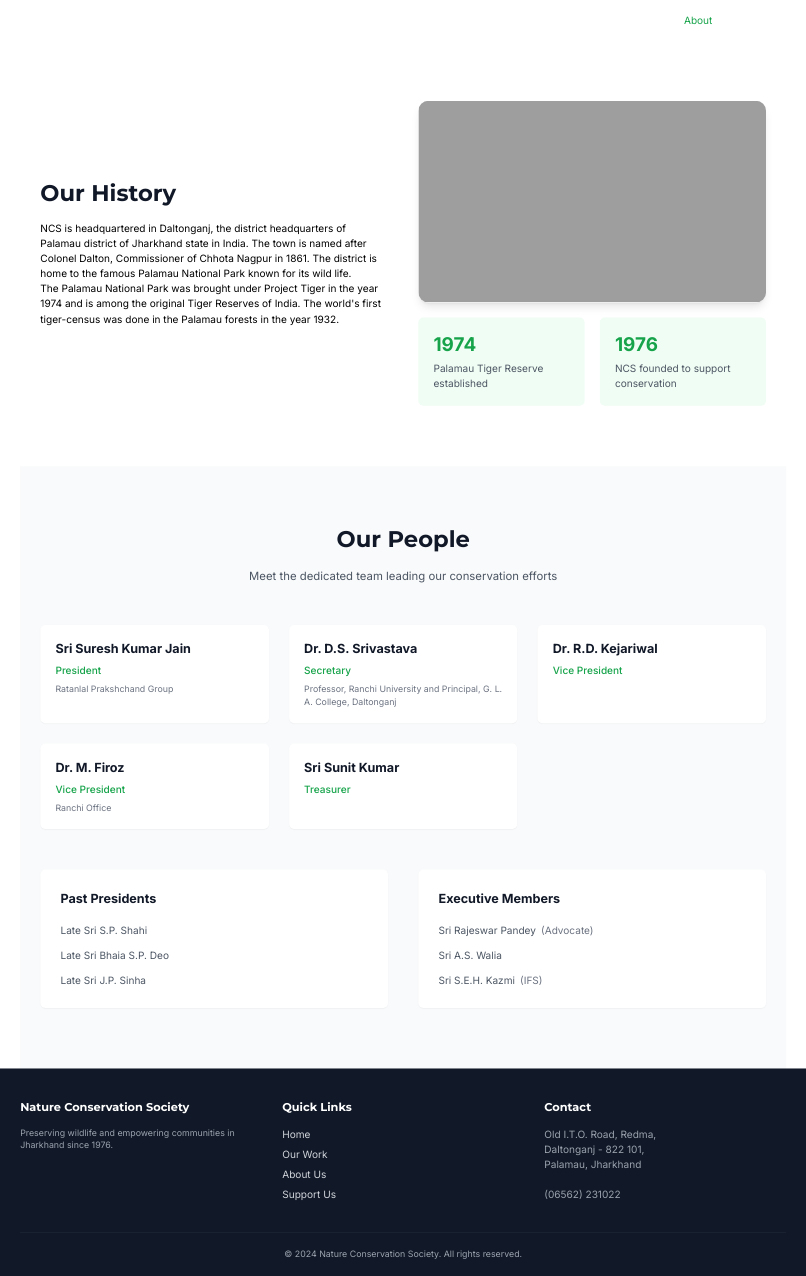
Repository: AgnayS/NCS-Website
Page: /about
An editor plug-in stored every save of this project. The page is shown before and after the next save, followed by the edit.
The browser window is 1280 px wide. The pictures show the whole page, at 63% of full size.
Pictures or frames that could not be fetched are drawn as grey boxes. The project was rebuilt for these pictures with package versions that can differ from the ones it lists, and the page was loaded fresh each time. The framework's server and built-in components were replaced by stand-ins that run in the browser. Also part of the build but not shown: next.config.js.

Above is the page before, as saved 2024-12-07 10:32:36.

After the next save:
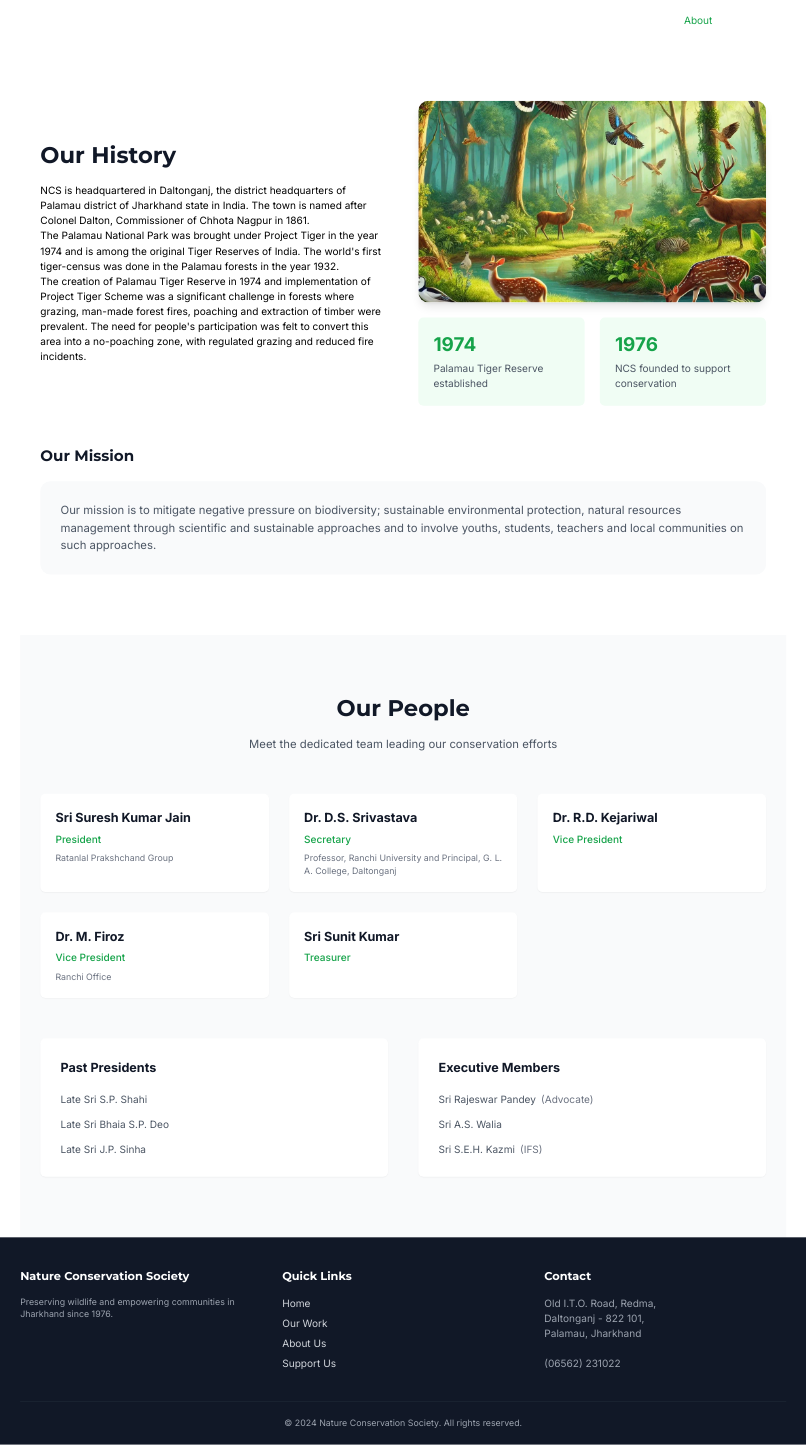
Saved 2 min 43 s later.
--- a/src/components/sections/about/History.tsx
+++ b/src/components/sections/about/History.tsx
@@ -1,6 +1,6 @@
 'use client'
 
-import { useEffect, useState } from 'react'
+import { useState, useEffect } from 'react'
 import Image from 'next/image'
 import { Container } from '../../ui/Container'
 
@@ -14,50 +14,76 @@ export function History() {
   return (
     <section className="py-24">
       <Container>
-        <div className={`transform transition-all duration-1000 ease-out ${
+        <div className={`grid grid-cols-1 lg:grid-cols-2 gap-12 items-center transition-all duration-1000 ease-out ${
           isVisible ? 'opacity-100 translate-y-0' : 'opacity-0 translate-y-4'
         }`}>
-          <div className="grid grid-cols-1 lg:grid-cols-2 gap-12 items-center">
-            <div>
-              <h1 className="text-4xl font-display font-bold text-gray-900 mb-6">
-                Our History
-              </h1>
-              <div className="prose prose-lg">
-                <p>
-                  NCS is headquartered in Daltonganj, the district headquarters of Palamau
-                  district of Jharkhand state in India. The town is named after Colonel
-                  Dalton, Commissioner of Chhota Nagpur in 1861. The district is home to
-                  the famous Palamau National Park known for its wild life.
-                </p>
-                <p>
-                  The Palamau National Park was brought under Project Tiger in the year
-                  1974 and is among the original Tiger Reserves of India. The world's
-                  first tiger-census was done in the Palamau forests in the year 1932.
-                </p>
+          <div>
+            <h1 className="text-4xl font-display font-bold text-gray-900 mb-6">
+              Our History
+            </h1>
+            <div className="prose prose-lg">
+              <p>
+                NCS is headquartered in Daltonganj, the district headquarters of Palamau
+                district of Jharkhand state in India. The town is named after Colonel
+                Dalton, Commissioner of Chhota Nagpur in 1861.
+              </p>
+              <p>
+                The Palamau National Park was brought under Project Tiger in the year
+                1974 and is among the original Tiger Reserves of India. The world's
+                first tiger-census was done in the Palamau forests in the year 1932.
+              </p>
+              <p>
+                The creation of Palamau Tiger Reserve in 1974 and implementation of
+                Project Tiger Scheme was a significant challenge in forests where
+                grazing, man-made forest fires, poaching and extraction of timber were
+                prevalent. The need for people's participation was felt to convert this
+                area into a no-poaching zone, with regulated grazing and reduced fire
+                incidents.
+              </p>
+            </div>
+          </div>
+
+          <div className="space-y-6">
+            <div className="relative h-80 rounded-2xl overflow-hidden shadow-lg">
+              <Image
+                src="/images/conservation/biodiversity.webp"
+                alt="Palamau National Park"
+                fill
+                className="object-cover"
+                sizes="(min-width: 1024px) 50vw, 100vw"
+              />
+            </div>
+
+            <div className="grid grid-cols-2 gap-6">
+              <div className={`bg-primary-50 rounded-lg p-6 transition-all duration-700 ease-out ${
+                isVisible ? 'opacity-100 translate-y-0' : 'opacity-0 translate-y-4'
+              }`} style={{ transitionDelay: '200ms' }}>
+                <div className="text-3xl font-bold text-primary-600 mb-2">1974</div>
+                <div className="text-gray-600">Palamau Tiger Reserve established</div>
+              </div>
+              <div className={`bg-primary-50 rounded-lg p-6 transition-all duration-700 ease-out ${
+                isVisible ? 'opacity-100 translate-y-0' : 'opacity-0 translate-y-4'
+              }`} style={{ transitionDelay: '300ms' }}>
+                <div className="text-3xl font-bold text-primary-600 mb-2">1976</div>
+                <div className="text-gray-600">NCS founded to support conservation</div>
               </div>
             </div>
+          </div>
+        </div>
 
-            <div>
-              <div className="relative h-80 rounded-2xl overflow-hidden shadow-lg">
-                <Image
-                  src="/api/placeholder/800/600"
-                  alt="Palamau National Park"
-                  fill
-                  className="object-cover"
-                />
-              </div>
-
-              <div className="grid grid-cols-2 gap-6 mt-6">
-                <div className="bg-primary-50 rounded-lg p-6">
-                  <div className="text-3xl font-bold text-primary-600 mb-2">1974</div>
-                  <div className="text-gray-600">Palamau Tiger Reserve established</div>
-                </div>
-                <div className="bg-primary-50 rounded-lg p-6">
-                  <div className="text-3xl font-bold text-primary-600 mb-2">1976</div>
-                  <div className="text-gray-600">NCS founded to support conservation</div>
-                </div>
-              </div>
-            </div>
+        <div className={`mt-16 transition-all duration-1000 ease-out ${
+          isVisible ? 'opacity-100 translate-y-0' : 'opacity-0 translate-y-4'
+        }`} style={{ transitionDelay: '400ms' }}>
+          <h2 className="text-2xl font-display font-bold text-gray-900 mb-6">
+            Our Mission
+          </h2>
+          <div className="bg-gray-50 rounded-2xl p-8">
+            <p className="text-lg text-gray-600">
+              Our mission is to mitigate negative pressure on biodiversity; sustainable
+              environmental protection, natural resources management through scientific
+              and sustainable approaches and to involve youths, students, teachers and
+              local communities on such approaches.
+            </p>
           </div>
         </div>
       </Container>
